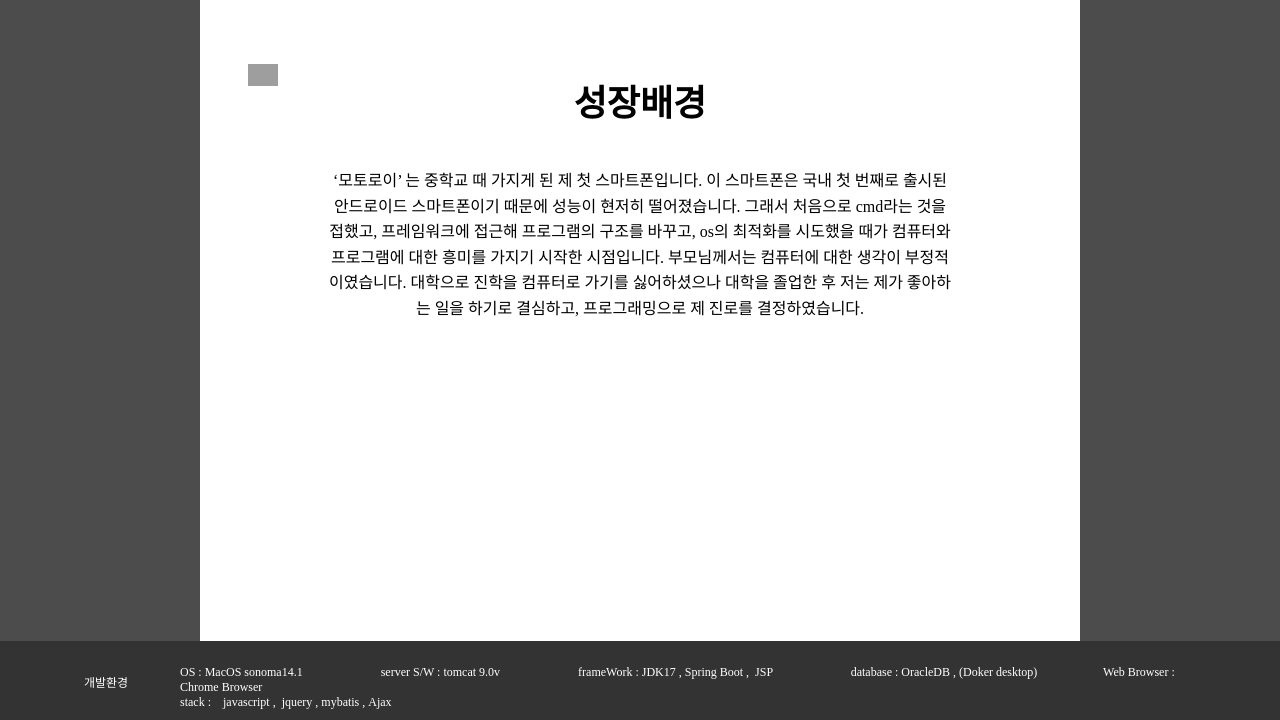
Repository: LeeHaNeul96/Leehaneul
Page: http://localhost/com.introduce/WEB-INF/views/more2.jsp
The author's editor kept a copy of each file at every save. The page is drawn from the files as they stood at one save, then again after a run of saves.
The browser window is 1280 px wide. The pictures show the whole page.
Pictures or frames that could not be fetched are drawn as grey boxes. The page is served by Tomcat 9. Nobody is signed in. The template is opened directly, without the code that normally fills it, so the values that code supplies are empty.

Above is the page before, as saved 2023-10-31 10:19:49.
Console error: ReferenceError: $h2Elements is not defined

After the next 2 saves:
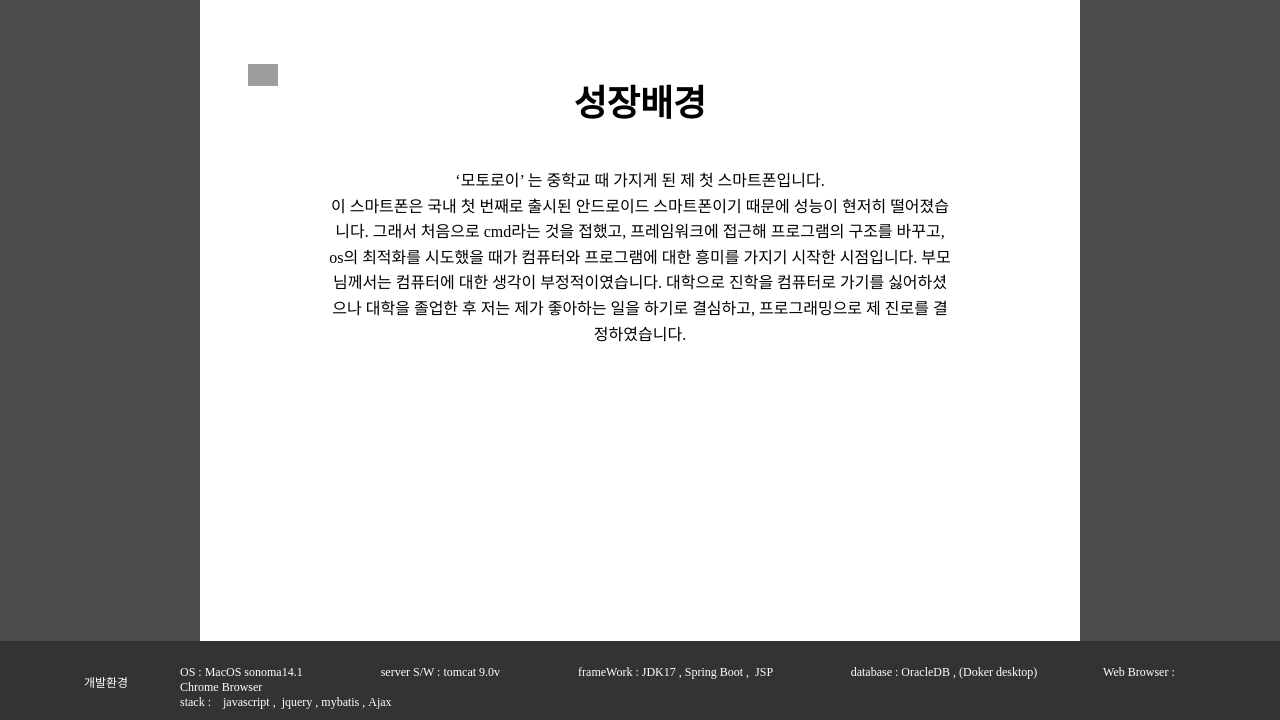
The 2 saves are shown as one change because they came seconds apart.
The last was saved 17 s later.
--- a/com.introduce/src/main/webapp/WEB-INF/views/more2.jsp
+++ b/com.introduce/src/main/webapp/WEB-INF/views/more2.jsp
@@ -111,7 +111,8 @@ $(function() {
 <div class="container">
 <h1> 성장배경 </h1><br>
 <div class="content">
-‘모토로이’ 는 중학교 때 가지게 된 제 첫 스마트폰입니다. 이 스마트폰은 국내 첫 번째로 출시된 안드로이드 스마트폰이기 때문에 성능이 현저히 떨어졌습니다. 그래서 처음으로 cmd라는 것을 접했고, 프레임워크에 접근해 프로그램의 구조를 바꾸고, os의 최적화를 시도했을 때가 컴퓨터와 프로그램에 대한 흥미를 가지기 시작한 시점입니다.
+‘모토로이’ 는 중학교 때 가지게 된 제 첫 스마트폰입니다.<br>
+ 이 스마트폰은 국내 첫 번째로 출시된 안드로이드 스마트폰이기 때문에 성능이 현저히 떨어졌습니다. 그래서 처음으로 cmd라는 것을 접했고, 프레임워크에 접근해 프로그램의 구조를 바꾸고, os의 최적화를 시도했을 때가 컴퓨터와 프로그램에 대한 흥미를 가지기 시작한 시점입니다.
 부모님께서는 컴퓨터에 대한 생각이 부정적이였습니다. 대학으로 진학을 컴퓨터로 가기를 싫어하셨으나 대학을 졸업한 후 저는 제가 좋아하는 일을 하기로 결심하고, 프로그래밍으로 제 진로를 결정하였습니다.
 </div>
 </div>
